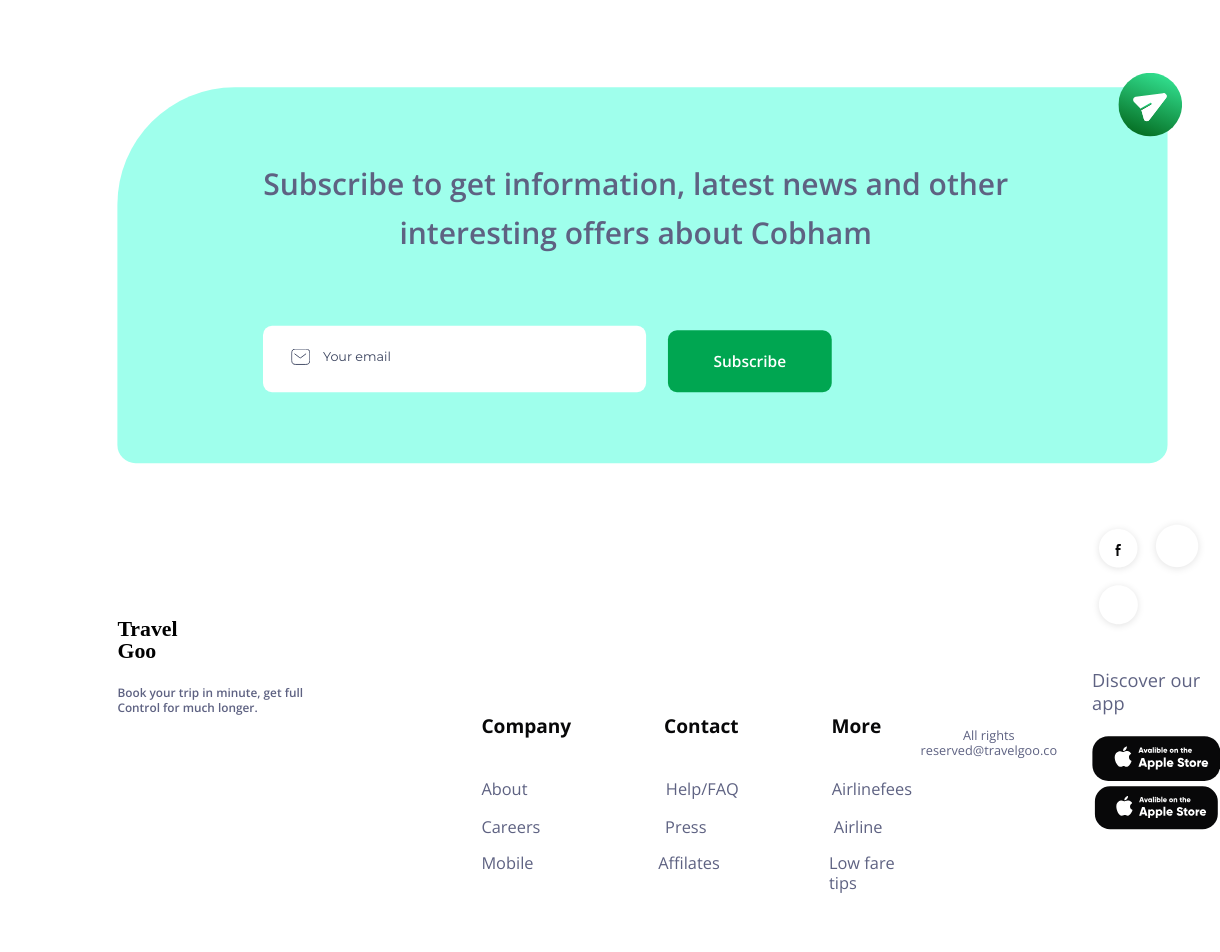
Repository: HeybetzadeQedim/task-5
Page: index.html
These files come from the project's save history. The page is drawn as it stood at one moment and after a run of saves; the edit follows.
The browser window is 1280 px wide. The page is 1341 px wide, so the pictures cover 1341 px, including what lies to the right of the window. The pictures show the whole page, at 91% of full size.
Some web fonts or font styles are not loaded; a fallback is used.

Above is the page before, as saved 2023-10-16 15:51:23.

### index.html
<!DOCTYPE html>
<html lang="en">
  <head>
    <meta charset="UTF-8" />
    <meta name="viewport" content="width=device-width, initial-scale=1.0" />
    <title>Document</title>
    <link rel="stylesheet" href="./index.css" />
  </head>
  <body>
    <div class="container">
      <div class="relative-container">
        <div class="box-container">
          <h1>
            Subscribe to get information, latest news and other interesting
            offers about Cobham
          </h1>

          <div class="flex-container">
            <div class="flex-container-2">
              <img src="images/Group 46.svg" />
              <p>Your email</p>
            </div>
            <div class="button-container">
              <p>Subscribe</p>
            </div>
          </div>
        </div>
        <div class="image-container">
          <img src="images/Group 77 (1).svg" />
        </div>
      </div>

      <div class="main-container">
        <div>
          <div class="position-container">
            <h2>
              Travel<br />
              Goo
            </h2>
            <p>
              Book your trip in minute, get full<br />
              Control for much longer.
            </p>
          </div>

          <div class="li-container">
            <ul>
              <li>Company</li>
              <li>Contact</li>
              <li>More</li>
            </ul>
          </div>
          <div class="li-container-2">
            <ul>
              <li>About</li>
              <li>Help/FAQ</li>
              <li>Airlinefees</li>
            </ul>
          </div>
          <div class="li-container-3">
            <ul>
              <li>Careers</li>
              <li>Press</li>
              <li>Airline</li>
            </ul>
          </div>
          <div class="li-container-4">
            <ul>
              <li>Mobile</li>
              <li>Affilates</li>
              <li>Low fare tips</li>
            </ul>
          </div>
          <div class="last-container">
            <img src="images/Social.svg" />
            <img src="images/Background (1).svg" />
            <img src="images/Background (1).svg" />
            <p>Discover our app</p>
            <img src="images/Play Store.svg" />
            <img src="images/Play Store.svg" />
          </div>
        </div>
        <div class="footer-box">
          <p>All rights reserved@travelgoo.co</p>
        </div>
      </div>
    </div>
  </body>
</html>

### index.css
@import url("https://fonts.googleapis.com/css2?family=Laila:wght@700&family=Montserrat&family=Open+Sans:wght@400;600;700&display=swap");
* {
  padding: 0;
  margin: 0;
  box-sizing: border-box;
}
.container {
  padding: 96px 109px 64px 129px;
}
.box-container {
  padding: 79px 175px 78px 160px;
  border-radius: 0px 24px 0px 50px;
  display: inline-block;
  background: #9fffec;
  border-radius: 129px 20px 20px 20px;
}
.box-container h1 {
  width: 819px;
  color: var(--TEXT-CLR, #5e6282);
  text-align: center;
  font-family: Open Sans;
  font-size: 33px;
  font-style: normal;
  font-weight: 600;
  line-height: 54px; /* 163.636% */
}
.box-container img:first-child {
  width: 70px;
  height: 70px;
}
.image-container {
  position: absolute;
  top: -16px;
  right: 0;
}
.relative-container {
  width: 1170px;
  position: relative;
  margin-bottom: 170px;
}
.flex-container {
  display: flex;
}
.flex-container-2 {
  margin-top: 75px;
  padding: 25px 0 25px 31px;
  width: 421px;
  display: flex;
  border-radius: 10px;
  background: var(--white, #fff);
}
.flex-container-2 img:first-child {
  width: 21px;
  height: 18px;
}
.flex-container-2 p {
  margin-left: 14px;
  color: var(--TEXT-COLOR, #39425d);
  font-family: Montserrat;
  font-size: 14px;
  font-style: normal;
  font-weight: 400;
  line-height: normal;
}
.button-container p {
  margin-top: 80px;
  margin-left: 24px;
  padding: 22px 50px 23px 50px;
  border-radius: 10px;
  background-color: #00a651;
  display: inline-block;
  color: var(--white, #fff);
  text-align: center;
  font-family: Open Sans;
  font-size: 17px;
  font-style: normal;
  font-weight: 600;
  line-height: normal;
}
.main-container{
  display: flex;
}
.position-container {
  /* position: absolute; */
}
.main-container h2 {
  margin-bottom: 25px;
  /* margin-left: 40px; */
  color: #000;
  font-family: Laila;
  font-size: 24px;
  font-style: normal;
  font-weight: 700;
  line-height: 102.5%;
}
.main-container p {
  color: var(--TEXT-CLR, #5e6282);
  font-family: Open Sans;
  font-size: 13px;
  font-style: normal;
  font-weight: 600;
  line-height: 124.5%;
}
.li-container {
  margin-left: 400px;
}
.li-container ul {
  display: flex;
}
.li-container li {
  list-style-type: none;
  color: var(--black, #080809);
  font-family: Open Sans;
  font-size: 21px;
  font-style: normal;
  font-weight: 700;
  line-height: 124.5%;
}
.li-container li:nth-child(2) {
  margin-left: 102px;
  margin-right: 102px;
}
.li-container-2 {
  margin-top: 45px;
  margin-left: 400px;
}
.li-container-2 ul {
  display: flex;
}
.li-container-2 li {
  list-style-type: none;
  color: var(--TEXT-CLR, #5e6282);
  font-family: Open Sans;
  font-size: 18px;
  font-style: normal;
  font-weight: 400;
  line-height: 124.5%;
}
.li-container-2 li:first-child {
  margin-right: 50px;
}
.li-container-2 li:nth-child(2) {
  margin-left: 102px;
  margin-right: 102px;
}
.li-container-3 {
  margin-top: 18px;
  margin-left: 400px;
}
.li-container-3 ul {
  display: flex;
}
.li-container-3 li {
  list-style-type: none;
  color: var(--TEXT-CLR, #5e6282);
  font-family: Open Sans;
  font-size: 18px;
  font-style: normal;
  font-weight: 400;
  line-height: 124.5%;
}
.li-container-3 li:first-child {
  margin-right: 35px;
}
.li-container-3 li:nth-child(2) {
  margin-left: 102px;
  margin-right: 140px;
}
.li-container-4 {
  margin-top: 18px;
  margin-left: 400px;
}
.li-container-4 ul {
  display: flex;
}
.li-container-4 li {
  list-style-type: none;
  color: var(--TEXT-CLR, #5e6282);
  font-family: Open Sans;
  font-size: 18px;
  font-style: normal;
  font-weight: 400;
  line-height: 124.5%;
}
.li-container-4 li:first-child {
  margin-right: 35px;
}
.li-container-4 li:nth-child(2) {
  margin-left: 102px;
  margin-right: 120px;
}
.last-container {
  position: absolute;
  top: 570px;
  left: 1200px;
}
.last-container p {
  /* margin-right: 160px; */
  margin-bottom: 22px;
  margin-top: 37px;
  color: var(--TEXT-CLR, #5e6282);
  font-family: Open Sans;
  font-size: 20px;
  font-style: normal;
  font-weight: 400;
  line-height: 124.5%;
  letter-spacing: 0.1px;
}
.last-container img:first-child {
  width: 58px;
  height: 58px;
}
.last-container img:nth-child(2) {
  width: 63px;
  height: 63px;
}
.last-container img:nth-child(3) {
  /* margin-right: 150px; */
  width: 58px;
  height: 58px;
}
.last-container img:nth-child(4) {
  width: 141px;
  height: 49px;
}
.last-container img:last-child {
  /* margin-right: 40px; */
  width: 141px;
  height: 49px;
}
.footer-container p {
  color: var(--3rd, #e5e5e5);
  font-family: Roboto;
  font-size: 22px;
  font-style: normal;
  font-weight: 400;
  line-height: normal;
}
.footer-box p {
  margin-top: 120px;
  margin-bottom: 64px;
  text-align: center;
  color: var(--TEXT-CLR, #5e6282);
  font-family: Open Sans;
  font-size: 14px;
  font-style: normal;
  font-weight: 400;
  line-height: 124.5%;
}
.flex-box {
  display: flex;
}
.flex-box-2 {
  margin-right: 22px;
  margin-left: 22px;
}
.flex-box-3 {
  margin-right: 22px;
}
.flex-box-4 {
  margin-left: 22px;
  margin-right: 22px;
}
.flex-box-5 {
  margin-right: 22px;
}

After the next 3 saves:
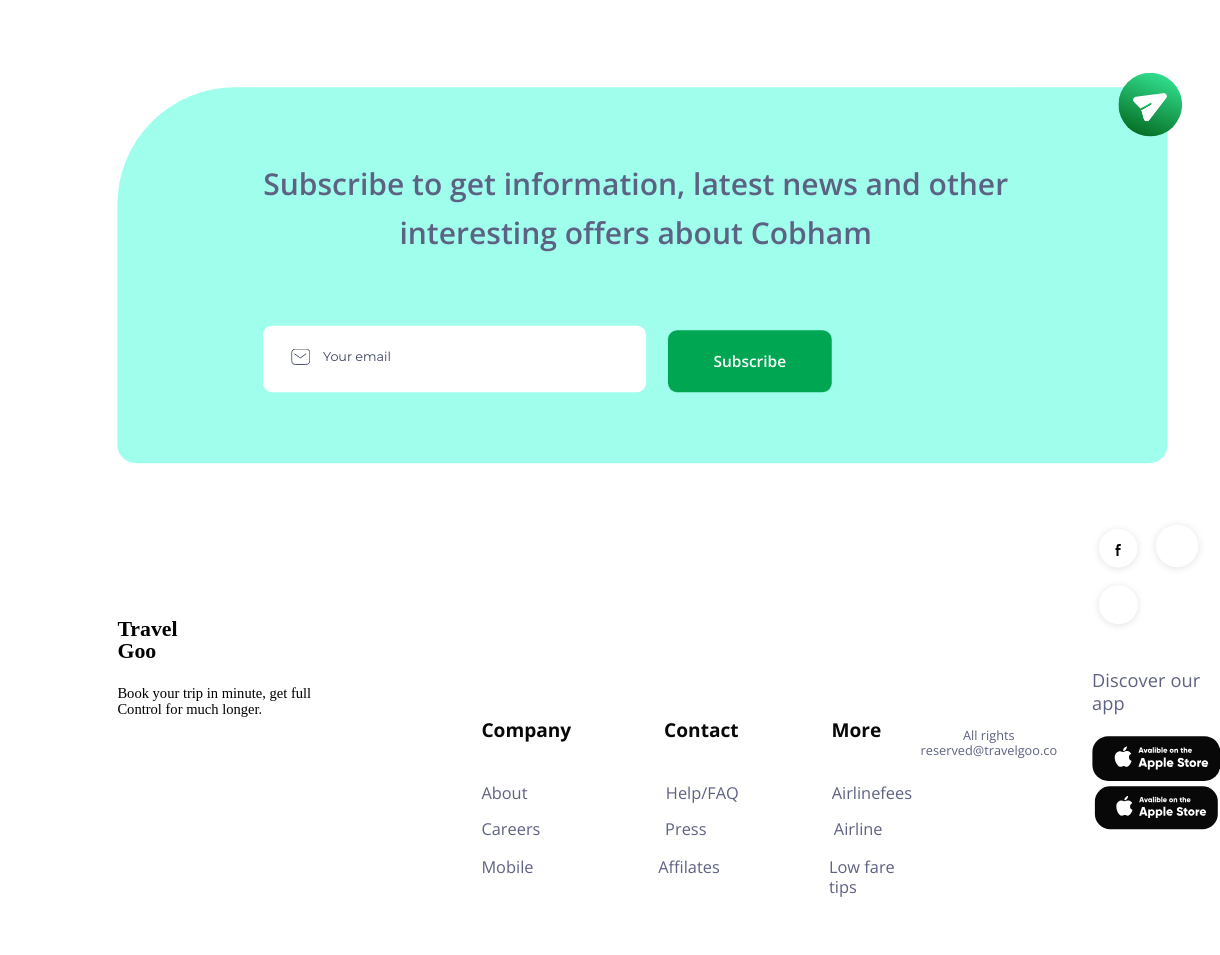
The 3 saves are shown as one change because they came seconds apart.
The last was saved 56 s later.
--- a/index.css
+++ b/index.css
@@ -93,6 +93,7 @@
   font-weight: 700;
   line-height: 102.5%;
 }
+.position-container
 .main-container p {
   color: var(--TEXT-CLR, #5e6282);
   font-family: Open Sans;
